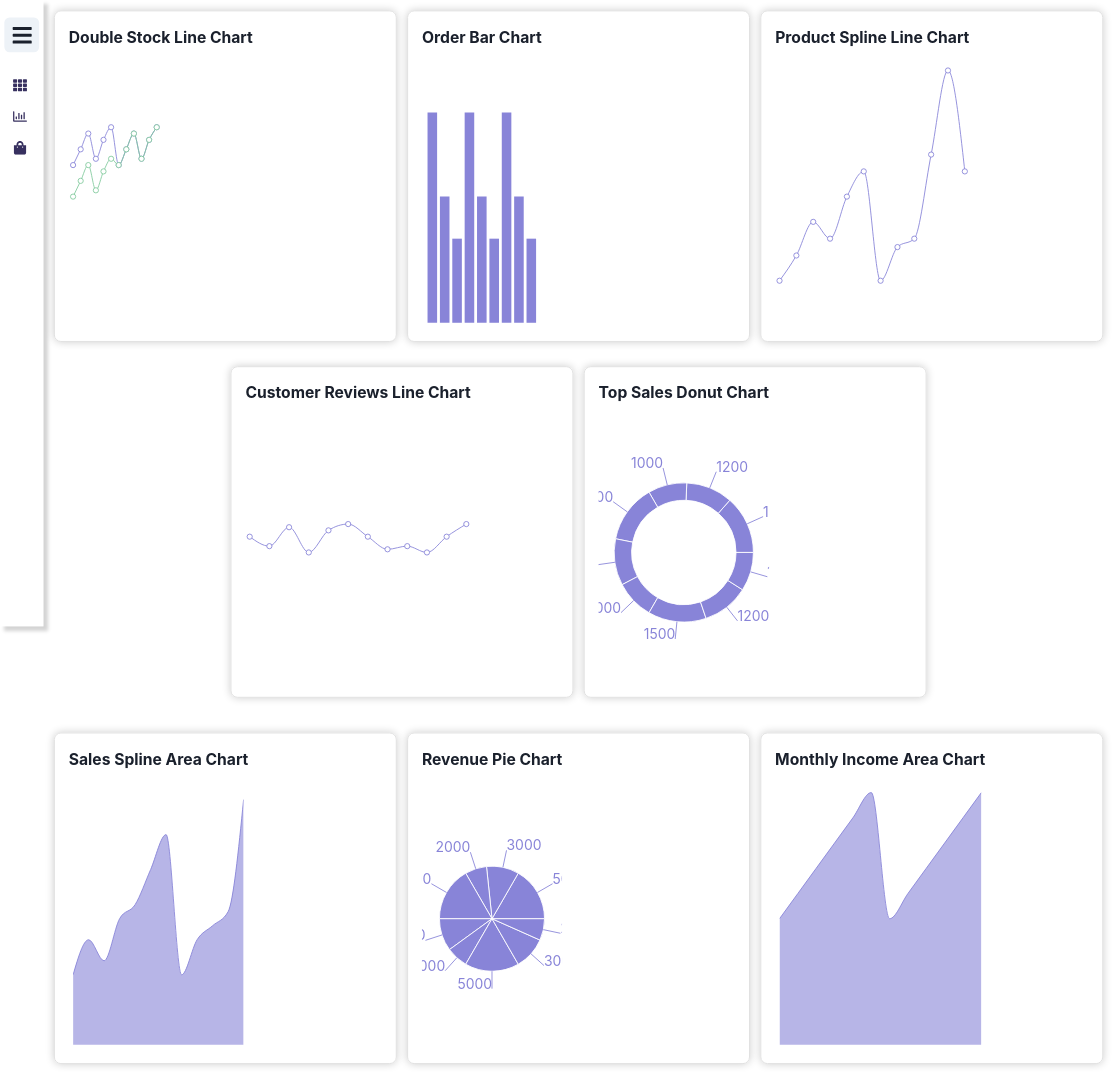
Repository: Andarg01/chakra-dashboard
Page: /analytics
The author's editor kept a copy of each file at every save. The page is drawn from the files as they stood at one save, then again after the next save.
The browser window is 1280 px wide. The pictures show the whole page, at 87% of full size.
The project was rebuilt for these pictures with package versions that can differ from the ones it lists, and the page was loaded fresh each time. Also part of the build but not shown: src/components/ProductModal.tsx, src/components/ProductTable.tsx, src/pages/ProductList.tsx, src/components/Dashboard.tsx.

Above is the page before, as saved 2024-03-09 23:37:54.

After the next save:
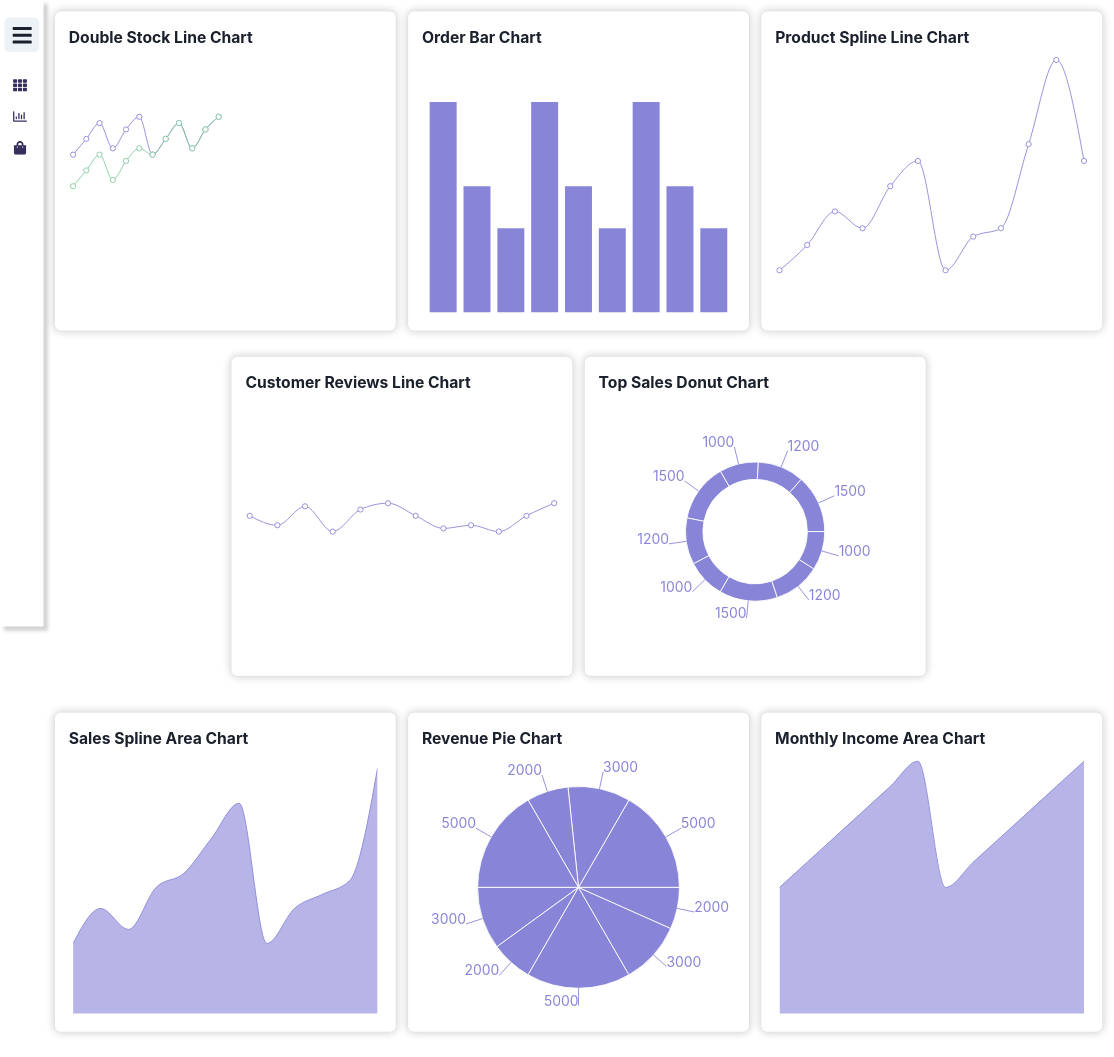
Saved 117 s later.
--- a/src/pages/Analytics.tsx
+++ b/src/pages/Analytics.tsx
@@ -49,7 +49,7 @@ const ChartCard: React.FC<ChartCardProps> = ({ title, chart }) => (
   flexBasis={['100%', 'calc(33.33% - 8px)']}
   display="inline-flex"
 >
-  <Stack spacing={5}>
+  <Stack spacing={2} width="100%">
     <Text fontSize={['md', 'lg']} fontWeight="bold">
       {title}
     </Text>
